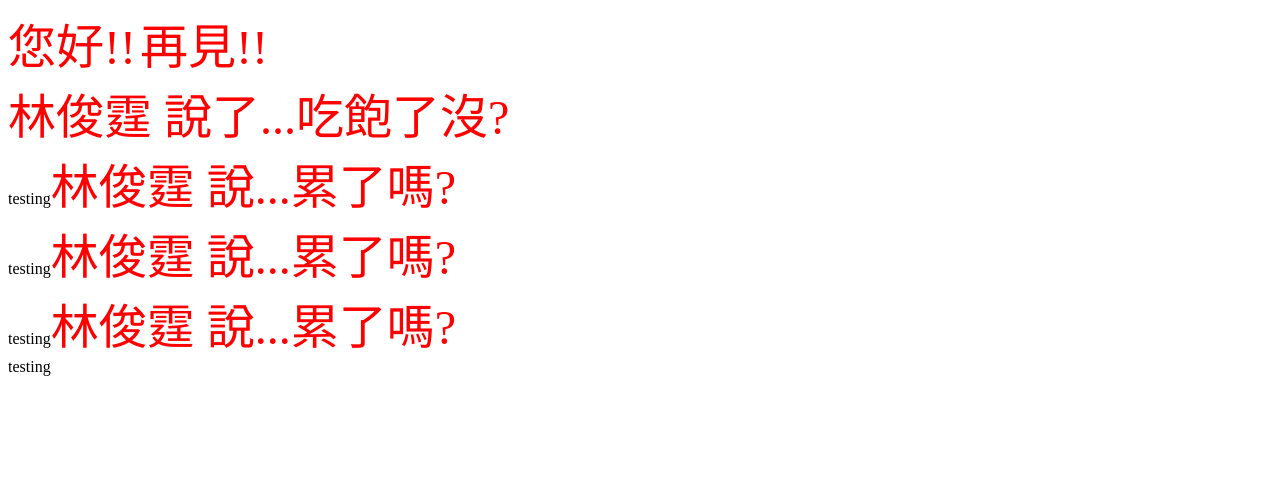
Repository: JunTingLin/web0620
Page: http://localhost/myWeb/testcustomizetag.jsp
The author's editor kept a copy of each file at every save. The page is drawn from the files as they stood at one save, then again after the next save.
The browser window is 1280 px wide. The pictures show the whole page.
The page is served by Tomcat 9. Other server files are loaded and not shown.

Above is the page before, as saved 2022-06-25 18:20:24.

### myWeb/src/main/webapp/testcustomizetag.jsp
<%@ page language="java" contentType="text/html; charset=UTF-8"
    pageEncoding="UTF-8"%>
<%@ taglib prefix="junting" uri="http://www.junting.com.tw/tags" %>
<%@ taglib prefix="c" uri="http://java.sun.com/jsp/jstl/core" %>
<!DOCTYPE html>
<html>
<head>
<meta charset="UTF-8">
<title>Insert title here</title>
</head>
<body>
	<c:set var="myname" value="林俊霆"></c:set>
	<junting:hello/>
	<br>
	<junting:whoHello information="吃飽了沒?" who="${ myname }"/>
	<br>
	<junting:whoLoopHello counter="3" information="累了嗎?" who="${ myname }">testing</junting:whoLoopHello>
</body>
</html>

### myWeb/src/main/java/com/gjun/tags/HelloWorldTagHandler.java
package com.gjun.tags;



import java.io.IOException;

import javax.servlet.jsp.JspException;
import javax.servlet.jsp.JspWriter;
import javax.servlet.jsp.PageContext;
import javax.servlet.jsp.tagext.Tag;

public class HelloWorldTagHandler implements Tag{

	private PageContext pageContext;

	@Override
	public int doEndTag() throws JspException {
		JspWriter out = this.pageContext.getOut();
		try {
			out.println("<font size='7' color='red'>再見!!</font>");
		} catch (IOException e) {
			// TODO Auto-generated catch block
			e.printStackTrace();
		}
		return Tag.EVAL_PAGE;
	}

	@Override
	public int doStartTag() throws JspException {
		JspWriter out = this.pageContext.getOut();
		try {
			out.println("<font size='7' color='red'>您好!!</font>");
		} catch (IOException e) {
			// TODO Auto-generated catch block
			e.printStackTrace();
		}
		return Tag.EVAL_PAGE;
	}

	@Override
	public Tag getParent() {
		// TODO Auto-generated method stub
		return null;
	}

	@Override
	public void release() {
		// TODO Auto-generated method stub

	}

	@Override
	public void setPageContext(PageContext pageContext) {
		this.pageContext=pageContext;

	}

	@Override
	public void setParent(Tag t) {
		// TODO Auto-generated method stub

	}

}

### myWeb/src/main/java/com/gjun/tags/WhoHelloTagHandler.java
package com.gjun.tags;

import java.io.IOException;
import java.io.PrintWriter;

import javax.servlet.jsp.JspException;
import javax.servlet.jsp.JspWriter;
import javax.servlet.jsp.PageContext;
import javax.servlet.jsp.tagext.TagSupport;

public class WhoHelloTagHandler extends TagSupport{
	private String who;
	private String information;
	public String getWho() {
		return who;
	}
	public void setWho(String who) {
		this.who = who;
	}
	public String getInformation() {
		return information;
	}
	public void setInformation(String information) {
		this.information = information;
	}
	@Override
	public int doStartTag() throws JspException {
		PageContext pageContext = this.pageContext;
		JspWriter out = pageContext.getOut();
		String msg=String.format("<font size='7' color='red'>%s 說了...%s</font>",who,information);
		try {
			out.println(msg);
		} catch (IOException e) {
			// TODO Auto-generated catch block
			e.printStackTrace();
		}
		return EVAL_PAGE;
	}

}

### myWeb/src/main/java/com/gjun/tags/WhoHelloIterationTagHandler.java
package com.gjun.tags;

import java.io.IOException;
import java.io.PrintWriter;

import javax.servlet.jsp.JspException;
import javax.servlet.jsp.JspWriter;
import javax.servlet.jsp.PageContext;
import javax.servlet.jsp.tagext.TagSupport;

public class WhoHelloIterationTagHandler extends TagSupport {
	private String who;
	private String information;
	private int count = 1;
	// 打招呼的次數
	private int counter;

	public int getCounter() {
		return counter;
	}

	public void setCounter(int counter) {
		this.counter = counter;
	}

	public String getWho() {
		return who;
	}

	public void setWho(String who) {
		this.who = who;
	}

	public String getInformation() {
		return information;
	}

	public void setInformation(String information) {
		this.information = information;
	}

	@Override
	public int doAfterBody() throws JspException {
		if (this.count <= this.counter) {
			JspWriter out = this.pageContext.getOut();
			String msg = String.format("<font size='7' color='red'>%s 說...%s</font><br/>", who, information);
			try {
				out.println(msg);
			} catch (IOException e) {
				// TODO Auto-generated catch block
				e.printStackTrace();
			}
			count++;
			return EVAL_BODY_AGAIN;
		}else {
			return EVAL_PAGE;
		}
	}

	@Override
	public int doStartTag() throws JspException {
		return EVAL_PAGE;
	}

}

### myWeb/src/main/java/com/gjun/tags/MyBodyTagHandler.java
package com.gjun.tags;

import java.io.IOException;

import javax.servlet.jsp.JspException;
import javax.servlet.jsp.JspWriter;
import javax.servlet.jsp.PageContext;
import javax.servlet.jsp.tagext.BodyContent;
import javax.servlet.jsp.tagext.BodyTag;
import javax.servlet.jsp.tagext.Tag;

public class MyBodyTagHandler implements BodyTag{
	private PageContext pageContext;
	private Tag parent;
	private BodyContent bodyContent;

	@Override
	public int doAfterBody() throws JspException {
		JspWriter innerWriter = this.bodyContent.getEnclosingWriter();
		String sourceBody = this.bodyContent.getString();
		String msg=String.format("<font size='7'>我是Body內容...%s</font>",sourceBody);
		try {
			innerWriter.print(msg);
		} catch (IOException e) {
			// TODO Auto-generated catch block
			e.printStackTrace();
		}
		return EVAL_PAGE;
	}

	@Override
	public int doEndTag() throws JspException {
		// TODO Auto-generated method stub
		return 0;
	}

	@Override
	public int doStartTag() throws JspException {
		JspWriter out = this.pageContext.getOut();
		try {
			out.println("<font size='4'>開頭標籤處理</font>");
		} catch (IOException e) {
			// TODO Auto-generated catch block
			e.printStackTrace();
		}
		return EVAL_BODY_BUFFERED;
	}

	@Override
	public Tag getParent() {
		return this.parent;
	}

	@Override
	public void release() {
		// TODO Auto-generated method stub

	}

	@Override
	public void setPageContext(PageContext pc) {
		this.pageContext=pc;

	}

	@Override
	public void setParent(Tag parent) {
		this.parent=parent;

	}

	@Override
	public void doInitBody() throws JspException {
		// TODO Auto-generated method stub

	}

	@Override
	public void setBodyContent(BodyContent bodyContent) {
		this.bodyContent = bodyContent;

	}

}

After the next save:
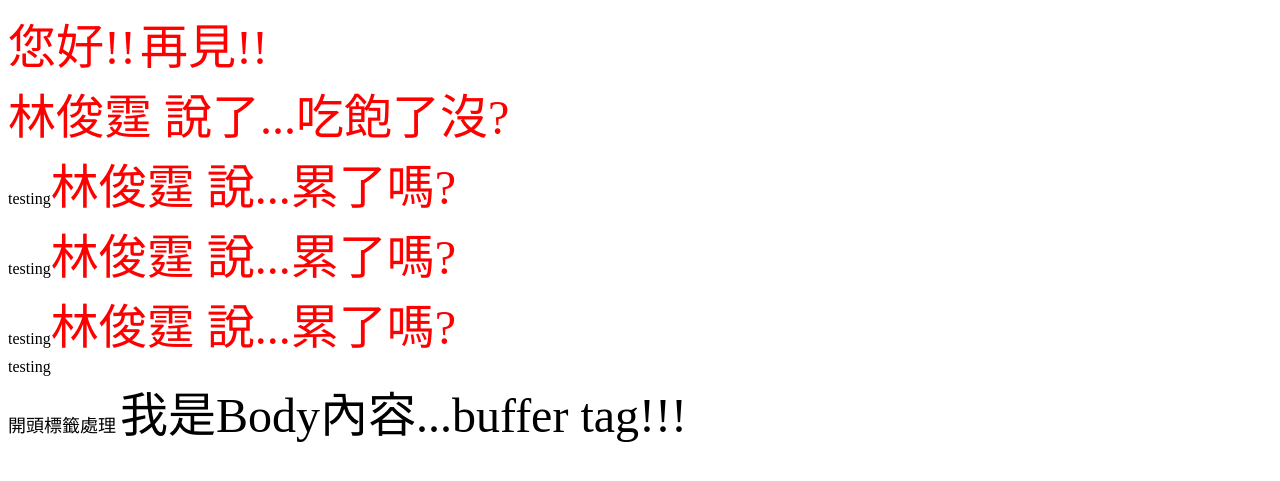
Saved 38 s later.
--- a/myWeb/src/main/webapp/testcustomizetag.jsp
+++ b/myWeb/src/main/webapp/testcustomizetag.jsp
@@ -15,5 +15,7 @@
 	<junting:whoHello information="吃飽了沒?" who="${ myname }"/>
 	<br>
 	<junting:whoLoopHello counter="3" information="累了嗎?" who="${ myname }">testing</junting:whoLoopHello>
+	<br>
+	<junting:bufferTag>buffer tag!!!</junting:bufferTag>
 </body>
 </html>
